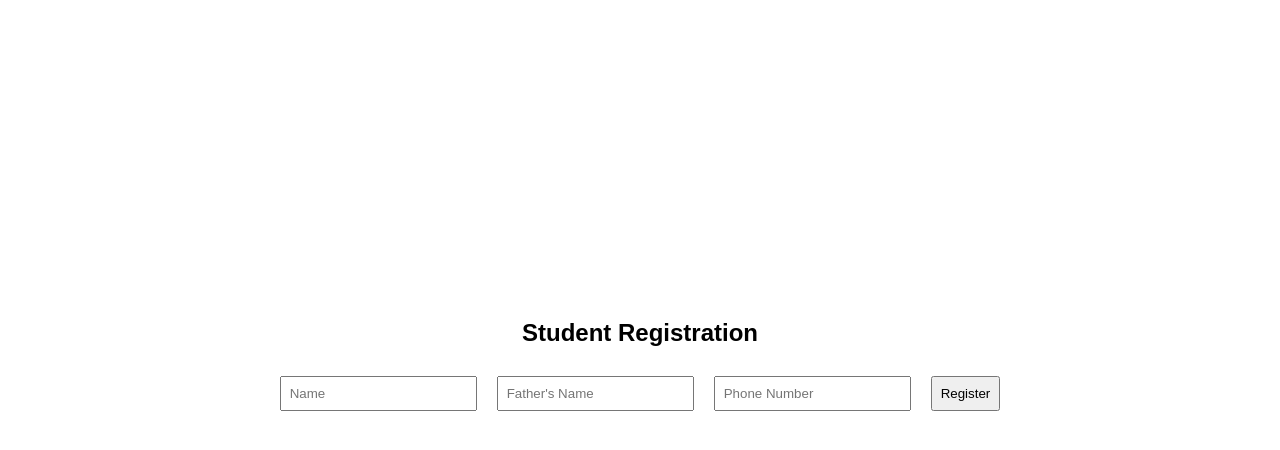
Repository: pripriya09/StudentID-Card-Download
Page: / (app in frontend/)
These files come from the project's save history. The page is drawn as it stood at one moment and after a run of saves; the edit follows.
The browser window is 1280 px wide. The pictures show the whole page.
The project was rebuilt for these pictures with package versions that can differ from the ones it lists, and the page was loaded fresh each time. Also part of the build but not shown: frontend/vite.config.js.

Above is the page before, as saved 2025-01-07 11:27:19.

After the next 4 saves:
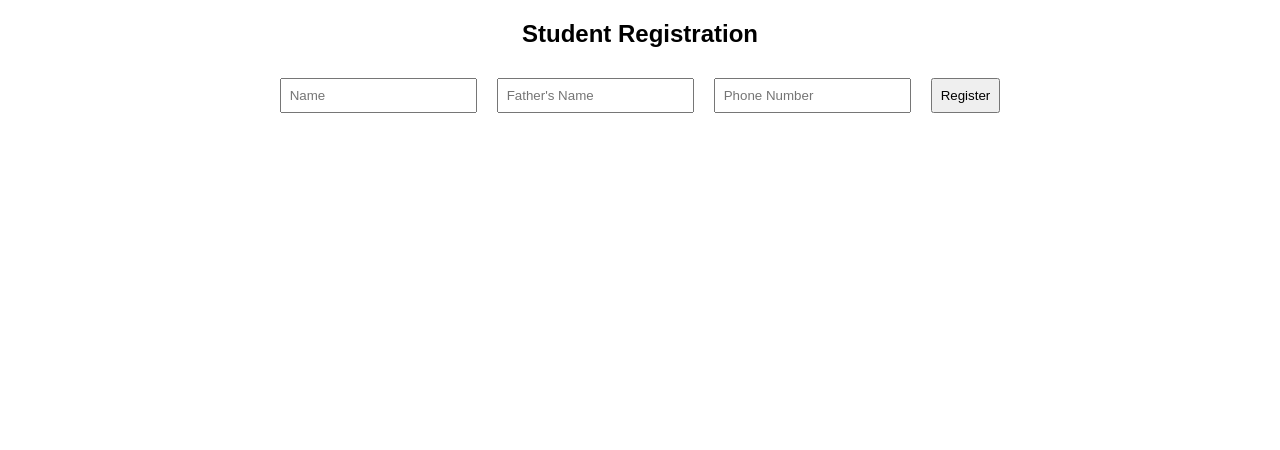
The 4 saves are shown as one change because they came seconds apart.
The last was saved 25 s later.
--- a/frontend/src/App.css
+++ b/frontend/src/App.css
@@ -7,99 +7,10 @@ form input, form button {
   margin: 10px;
   padding: 8px;
 }
-/*
+
 .id-card {
   border: 1px solid #ccc;
   padding: 15px;
   width: 300px;
-  margin: 20px auto;
-} */
-
-
-body {
-  font-family: Verdana, sans-serif;
-  display: flex;
-  justify-content: center;
-  align-items: center;
-  height: 100vh;
-  margin: 0;
+  margin: 2z0px auto;
 }
-
-
-.student_id {
-  width: 520px;
-  background-color: #fff;
-  border-radius: 25px;
-  overflow: hidden;
-  margin: 20px auto;
-  box-shadow: 1px 0px 0px #a9a39e, 0px 1px 0px #a9a39e,
-              2px 1px 0px #a9a39e, 1px 2px 0px #a9a39e,
-              3px 2px 0px #958b83, 2px 3px 0px #958b83,
-              4px 3px 0px #93867c, 3px 4px 0px #93867c,
-              5px 4px 0px #93867c, 4px 5px 0px #93867c;
-}
-
-
-.top_section {
-  display: flex;
-  padding: 30px;
-  background: linear-gradient(to right, #e84610, #ffffff);
-  color: white;
-}
-
-.profile_photo {
-  flex-shrink: 0;
-}
-
-.profile_photo img {
-  width: 125px;
-  height: 125px;
-  border-radius: 50%;
-  border: 2px solid #fff;
-  object-fit: cover;
-}
-
-.student_name {
-  margin-left: 20px;
-  display: flex;
-  flex-direction: column;
-  justify-content: center;
-}
-
-.student_info {
-  list-style: none;
-  padding: 0;
-  margin: 0;
-}
-
-.student_info .name {
-  font-size: 1.5em;
-  font-weight: bold;
-}
-.student_info .age {
-  font-size: 1.1em;
-  margin-top: 5px;
-}
-.bottom_section {
-  padding: 30px;
-}
-
-.student_details {
-  margin-top: 10px;
-}
-
-.student_details ul {
-  list-style: none;
-  padding: 0;
-  margin: 0;
-}
-
-.student_details li {
-  margin-bottom: 10px;
-  font-size: 1.1em;
-  color: #555;
-}
-
-span {
-  font-weight: bold;
-}
